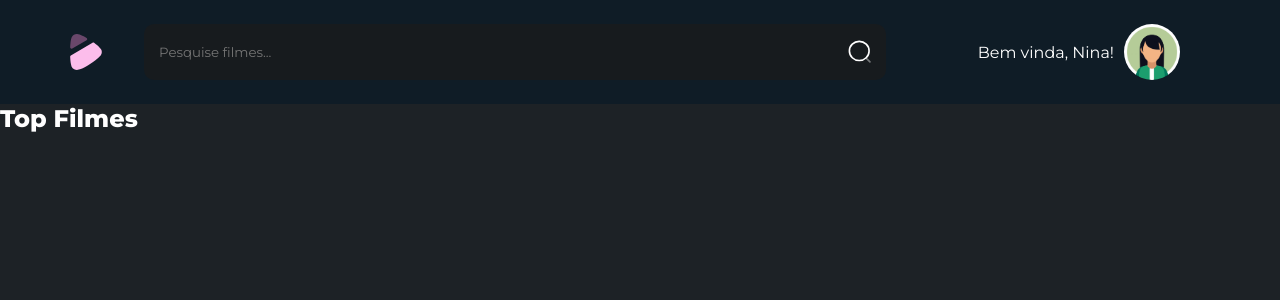
Repository: MilenaMelo/Cubos-Flix
Page: / (app in cubos-flix/)
These files come from the project's save history. The page is drawn as it stood at one moment and after the next save; the edit follows.
The browser window is 1280 px wide. The pictures show the whole page.
The project was rebuilt for these pictures with package versions that can differ from the ones it lists, and the page was loaded fresh each time.

Above is the page before, as saved 2021-06-19 14:34:50.

After the next save:
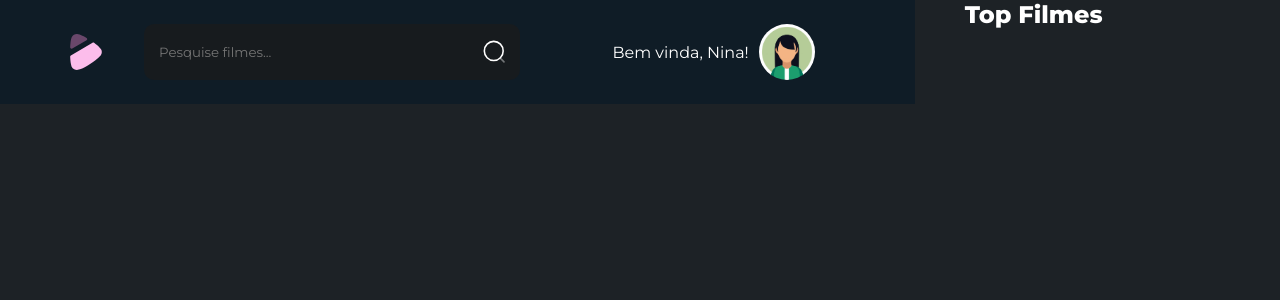
Saved 100 s later.
--- a/cubos-flix/src/App.css
+++ b/cubos-flix/src/App.css
@@ -11,5 +11,10 @@
 
 .app {
     background-color: #1D2226;
-    height: 100vh;
+    min-height: 100vh;
+    display: grid;
+    grid-template-areas: 'header header'
+                         'main bag';
+    grid-gap: 24px 50px;
+    gap: 24px 50px;
 }
